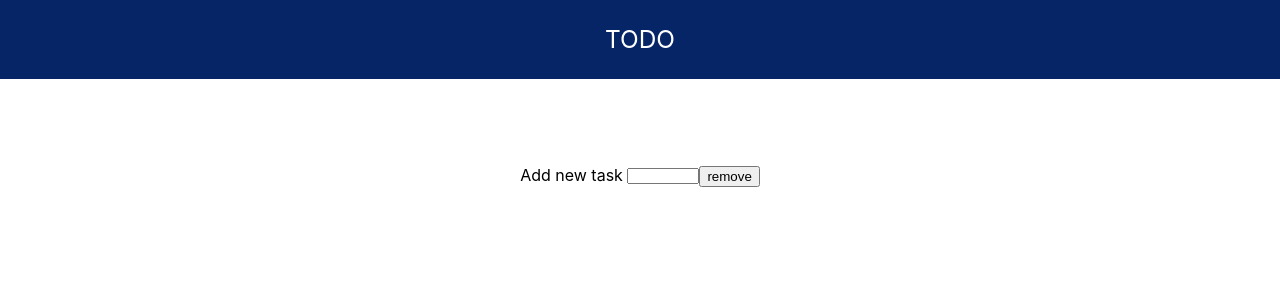
Repository: Shams97/Todo-app
Page: /
These files come from the project's save history. The page is drawn as it stood at one moment and after the next save; the edit follows.
The browser window is 1280 px wide. The pictures show the whole page.
The project was rebuilt for these pictures with package versions that can differ from the ones it lists, and the page was loaded fresh each time.

Above is the page before, as saved 2021-06-26 20:30:29.

### src/App.js
import logo from './logo.svg';
import './App.css';

function App() {
  return (
    <div className="App">
      <header className="App-header">
            <p> TODO </p>
      </header>
        <div className="container">
          <label>Add new task </label> <input className="task_input"/>
          <button>remove</button>
        </div>
    </div>
  );
}

export default App;

### src/App.css
.App {
  text-align: center;
}

.App-logo {
  height: 40vmin;
  pointer-events: none;
}
.task_input {
  margin:7% 0%;
  width:4rem;
  height:0.625rem;
}

@media (prefers-reduced-motion: no-preference) {
  .App-logo {
    animation: App-logo-spin infinite 20s linear;
  }
}

.App-header {
  background-color: #052566;
  min-height: 10vh;

  display: flex;
  flex-direction: column;
  align-items: center;
  justify-content: center;
  font-size: calc(10px + 2vmin);
  color: white;
}


@keyframes App-logo-spin {
  from {
    transform: rotate(0deg);
  }
  to {
    transform: rotate(360deg);
  }
}

Loaded but not shown: public/index.html (common file); src/index.js (common file); src/index.css (common file); src/reportWebVitals.js (common file)

After the next save:
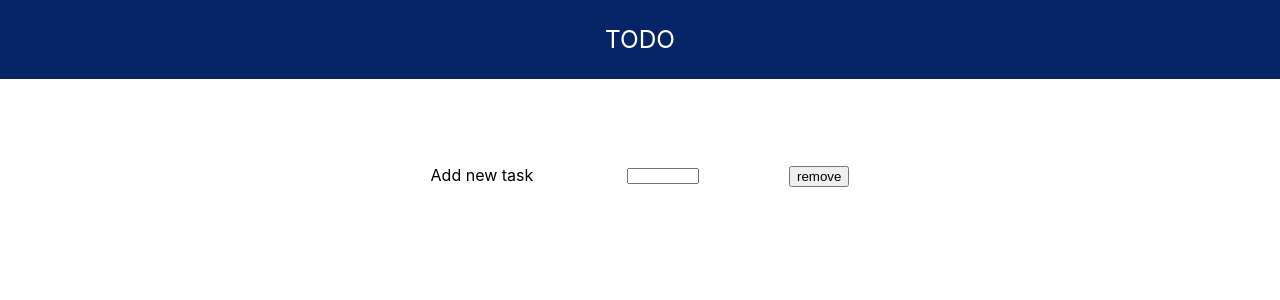
Saved 3 min 28 s later.
--- a/src/App.css
+++ b/src/App.css
@@ -6,8 +6,9 @@
   height: 40vmin;
   pointer-events: none;
 }
+
 .task_input {
-  margin:7% 0%;
+  margin:7%;
   width:4rem;
   height:0.625rem;
 }
@@ -21,7 +22,6 @@
 .App-header {
   background-color: #052566;
   min-height: 10vh;
-
   display: flex;
   flex-direction: column;
   align-items: center;
